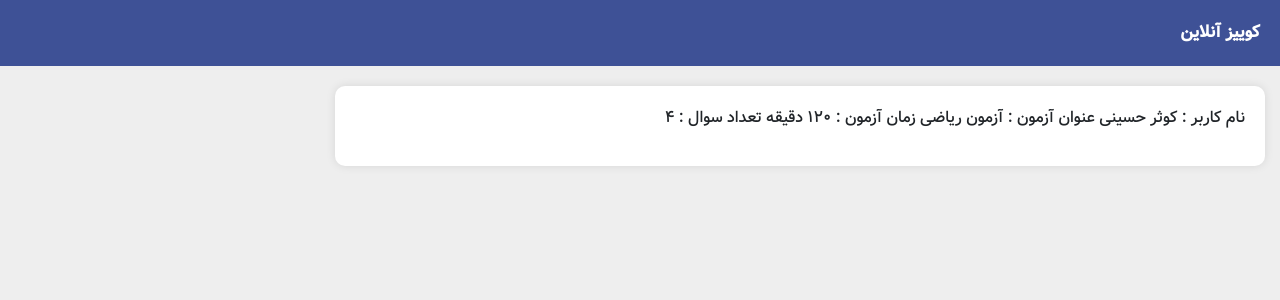
Repository: kosar78/quiz-online
Page: quiz.html
These files come from the project's save history. The page is drawn as it stood at one moment and after the next save; the edit follows.
The browser window is 1280 px wide. The pictures show the whole page.
Some web libraries are served in a nearby version.

Above is the page before, as saved 2022-01-09 20:55:23.

### quiz.html
<!DOCTYPE html>
<html lang="en">
<head>
    <meta charset="UTF-8">
    <meta name="viewport" content="width=device-width, initial-scale=1.0">
    <link rel="stylesheet" href="css/quiz.css">
    <link rel="stylesheet" href="bootstrap_files/css/bootstrap.min.css">
    <script type="text/javascript" src="JQuery_file/jQuery.js"></script>
    <script type="text/javascript" src="bootstrap_files/js/bootstrap.min.js"></script>
    <!-- <script type="text/javascript" src="js/signin.js"></script> -->
    <title>امتحان</title>
</head>
<body>
    <div class="container-fluid signin-container">
        <div class="row main-row">
            <div class="headerr">کوییز آنلاین</div>

            <div class="col-xl-9">
                <div class="quiz-details">
                    <ul>
                        <li>
                            <ul>
                                <li>نام کاربر :</li>
                                <li>کوثر حسینی</li>
                            </ul>
                        </li>
                        <li>
                            <ul>
                                <li>عنوان آزمون :</li>
                                <li>آزمون ریاضی</li>
                            </ul>
                        </li>
                        <li>
                            <ul>
                                <li>زمان آزمون :</li>
                                <li>120 دقیقه</li>
                            </ul>
                        </li>
                        <li>
                            <ul>
                                <li>تعداد سوال :</li>
                                <li>4</li>
                            </ul>
                        </li>
                    </ul>
                </div>
            </div>
            <div class="col-xl-3">

            </div>
        </div>
    </div>

    <script src="https://cdnjs.cloudflare.com/ajax/libs/axios/0.18.0/axios.min.js"></script>
    <!-- <script src="./connectToDB/signUp.js"></script> -->

</body>
</html>

### css/quiz.css
@font-face {
    font-family: FirstFont;
    src:url(../font/Vazir-Medium.woff2) format('woff2');
    src:url(../font/Vazir-Medium-FD-WOL.woff2) format('woff2');
  }
* {
    margin: 0;
    padding: 0;
    user-select: none;
    -moz-user-select: none;
    -khtml-user-select: none;
    -webkit-user-select: none;
    -o-user-select: none;
    text-align: right;
    text-decoration:none;
}
html body {
    direction: rtl;
    font-family:FirstFont;
    text-align: center;
    /* background: linear-gradient(260.06deg, #363671 12.33%, #3E5196 57.46%); */
    /* height: 100vh; */
    background-color: #eee;
}

ul li{
    display: inline-block;
    list-style: none;
}
.headerr{
    background-color: #3E5196;
    color: white;
    font-weight: 600;
    width: 100%;
    padding: 20px;
    font-size: 17px;
}
.quiz-details{
    background-color: #fff;
    box-shadow: 0px 0px 10px rgba(0, 0, 0, 0.1);
    border-radius: 10px;
    width: 100%;
    height: max-content;
    padding: 20px !important;
    position: relative;
    margin: 20px 0;
}
::placeholder {
    color: rgb(0, 0, 0,.5);
    opacity: 0.95;
  }

:-ms-input-placeholder {
    color: rgb(0, 0, 0,.5);
}

::-ms-input-placeholder {
    color: rgb(0, 0, 0,.5);
}

@media(max-width:335px){
    #password,
    #username,
    #confirm-password,
    #code{
        width: 84%;
    }

}

Loaded but not shown: bootstrap_files/css/bootstrap.min.css (library); JQuery_file/jQuery.js (library); bootstrap_files/js/bootstrap.min.js (library)

After the next save:
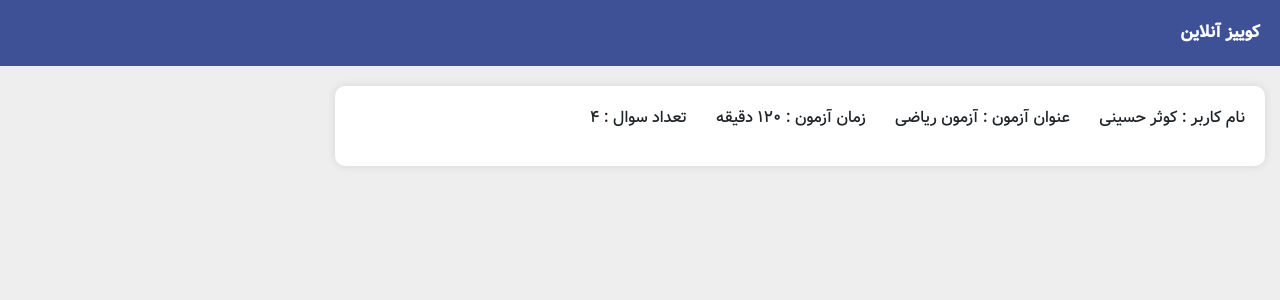
Saved 2 min 37 s later.
--- a/css/quiz.css
+++ b/css/quiz.css
@@ -45,6 +45,9 @@ ul li{
     position: relative;
     margin: 20px 0;
 }
+.quiz-details ul li ul{
+    margin-left: 25px;
+}
 ::placeholder {
     color: rgb(0, 0, 0,.5);
     opacity: 0.95;
